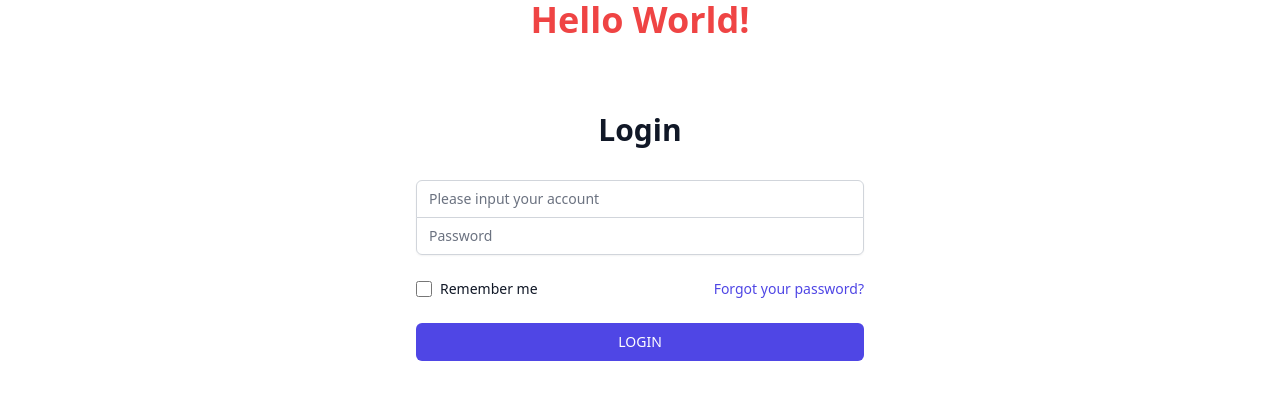
Repository: LiuRuohui/test_the_tailwindcss
Page: /
These files come from the project's save history. The page is drawn as it stood at one moment and after the next save; the edit follows.
The browser window is 1280 px wide. The pictures show the whole page.
The project was rebuilt for these pictures with package versions that can differ from the ones it lists, and the page was loaded fresh each time. Also part of the build but not shown: vite.config.js.

Above is the page before, as saved 2022-03-02 23:25:40.

### src/App.vue
<script setup>
import WelcomingPage from "./components/WelcomingPage.vue"
</script>

<template>
<WelcomingPage class="bg-blue-200"></WelcomingPage>
</template>

<style>

</style>

### src/index.css
@tailwind base;
@tailwind components;
.btn {
    @apply inline-block px-5 py-3 rounded-lg shadow-lg bg-indigo-500
}

.btn:hover {
    @apply bg-indigo-400
}

.btn:focus {
    @apply outline-none
}

.btn:active {
    @apply bg-indigo-600
}

@tailwind utilities;
@layer components {
    .card {
        background-color: theme('colors.blue.500');
        border-radius: theme('borderRadius.lg');
        padding: theme('spacing.6');
        box-shadow: theme('boxShadow.xl');
    }
    /* ... */
}

### src/components/WelcomingPage.vue
<template>
<h1 class="text-4xl font-bold text-red-500 text-center">Hello World!</h1>
<div class="min-h-full flex items-center justify-center py-12 px-4 sm:px-6 lg:px-8">
  <div class="max-w-md w-full space-y-8">
    <div>
      <h2 class="mt-6 text-center text-3xl font-extrabold text-gray-900">Login</h2>
    </div>
    <form class="mt-8 space-y-6" action="#" method="POST">
      <input type="hidden" name="remember" value="true">
      <div class="rounded-md shadow-sm -space-y-px">
        <div>
          <label for="email-address" class="sr-only ">Account</label>
          <input id="email-address" name="email" type="email" autocomplete="email" required class="appearance-none rounded-none relative block w-full px-3 py-2 border border-gray-300 placeholder-gray-500 text-gray-900 rounded-t-md focus:outline-none focus:ring-indigo-500 focus:border-indigo-500 focus:z-10 sm:text-sm" placeholder="Please input your account">
        </div>
        <div>
          <label for="password" class="sr-only">Password</label>
          <input id="password" name="password" type="password" autocomplete="current-password" required class="appearance-none rounded-none relative block w-full px-3 py-2 border border-gray-300 placeholder-gray-500 text-gray-900 rounded-b-md focus:outline-none focus:ring-indigo-500 focus:border-indigo-500 focus:z-10 sm:text-sm" placeholder="Password">
        </div>
      </div>

      <div class="flex items-center justify-between">
        <div class="flex items-center">
          <input id="remember-me" name="remember-me" type="checkbox" class="h-4 w-4 text-indigo-600 focus:ring-indigo-500 border-gray-300 rounded">
          <label for="remember-me" class="ml-2 block text-sm text-gray-900"> Remember me </label>
        </div>

        <div class="text-sm">
          <a href="#" class="font-medium text-indigo-600 hover:text-indigo-500"> Forgot your password? </a>
        </div>
      </div>

      <div>
        <button type="submit" class="group relative w-full flex justify-center py-2 px-4 border border-transparent text-sm font-medium rounded-md text-white bg-indigo-600 hover:bg-indigo-700 focus:outline-none focus:ring-2 focus:ring-offset-2 focus:ring-indigo-500">
          <span class="absolute left-0 inset-y-0 flex items-center pl-3">
          </span>
          LOGIN
        </button>
      </div>
    </form>
  </div>
</div>
</template>

<script>

</script>

### tailwind.config.js
module.exports = {
    content: [
        "./index.html",
        "./src/**/*.{vue,js,ts,jsx,tsx}",
    ],
    theme: {
        extend: {},
    },
    variants: {
        backgroundColor: ['responsive', 'hover', 'focus', 'active']
    },
    plugins: [],
}

Loaded but not shown: index.html (common file); src/main.js (common file)

After the next save:
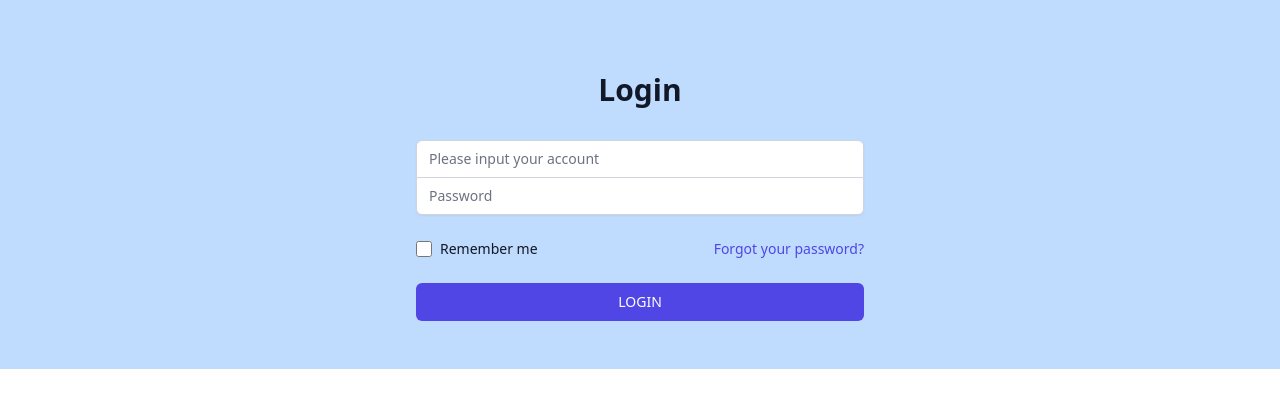
Saved 27 s later.
--- a/src/components/WelcomingPage.vue
+++ b/src/components/WelcomingPage.vue
@@ -1,5 +1,4 @@
 <template>
-<h1 class="text-4xl font-bold text-red-500 text-center">Hello World!</h1>
 <div class="min-h-full flex items-center justify-center py-12 px-4 sm:px-6 lg:px-8">
   <div class="max-w-md w-full space-y-8">
     <div>
